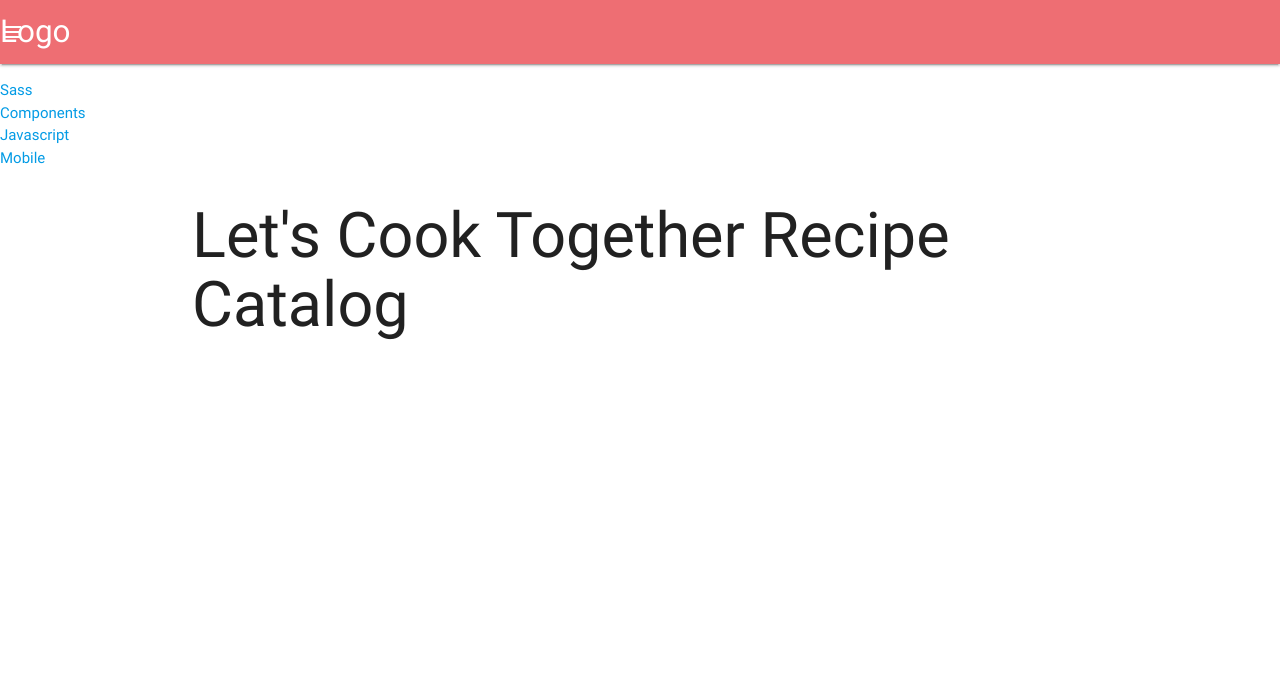
Repository: eldowling/lets-cook-together
Page: http://localhost/get_catalog?course=breakfast
The author's editor kept a record of every edit. The page is drawn from the files as they stood at one moment, then again after the next edit.
The browser window is 1280 px wide. The pictures show the whole page.
Some web libraries are served in a nearby version. The page is served by the project's application, run on Flask 3 (app.py). Queries for data that is not in the repository find no rows.

Above is the page before.
Console error: TypeError: $(...).sidenav is not a function

After the next edit:
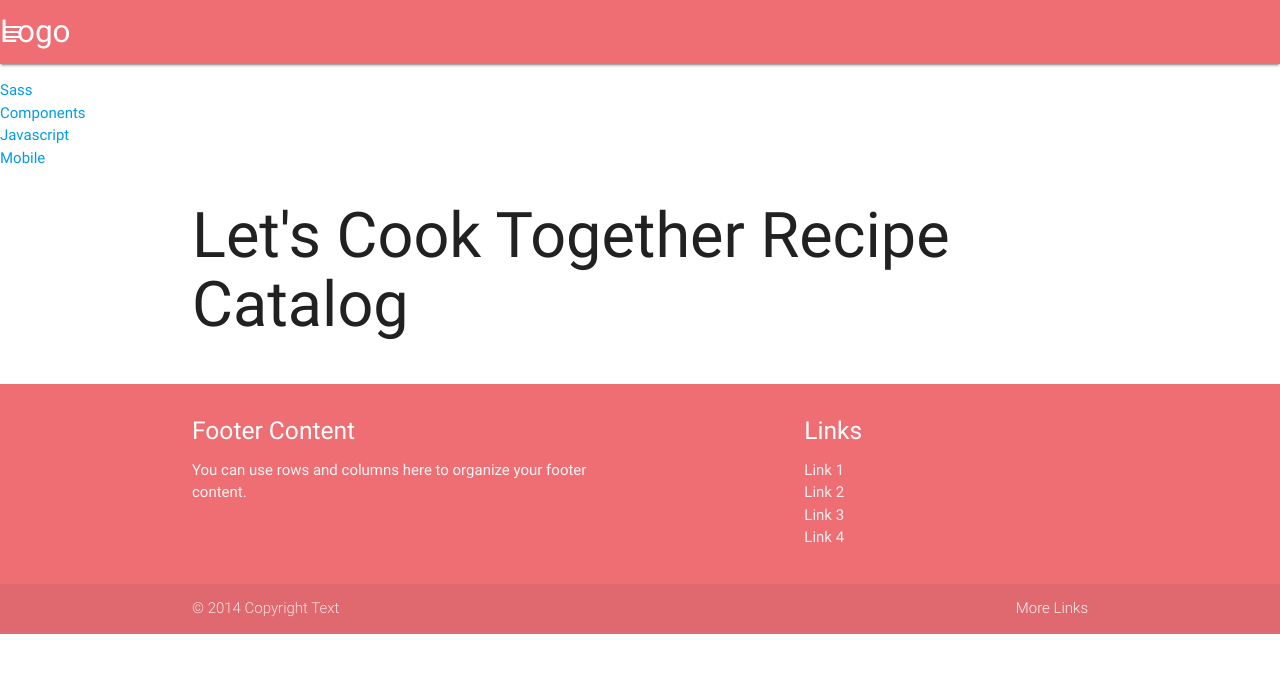
The edit:
--- a/templates/base.html
+++ b/templates/base.html
@@ -34,6 +34,32 @@
         {% block content %} {% endblock %}
     </div>
 
+    <footer class="page-footer">
+        <div class="container">
+            <div class="row">
+                <div class="col l6 s12">
+                <h5 class="white-text">Footer Content</h5>
+                <p class="grey-text text-lighten-4">You can use rows and columns here to organize your footer content.</p>
+                </div>
+                <div class="col l4 offset-l2 s12">
+                <h5 class="white-text">Links</h5>
+                <ul>
+                <li><a class="grey-text text-lighten-3" href="#!">Link 1</a></li>
+                <li><a class="grey-text text-lighten-3" href="#!">Link 2</a></li>
+                <li><a class="grey-text text-lighten-3" href="#!">Link 3</a></li>
+                <li><a class="grey-text text-lighten-3" href="#!">Link 4</a></li>
+                </ul>
+                </div>
+            </div>
+        </div>
+    <div class="footer-copyright">
+    <div class="container">
+    © 2014 Copyright Text
+    <a class="grey-text text-lighten-4 right" href="#!">More Links</a>
+    </div>
+    </div>
+
+    </footer>
 
     <script src="https://cdnjs.cloudflare.com/ajax/libs/jquery/3.2.1/jquery.min.js"></script>
     <script src="https://cdnjs.cloudflare.com/ajax/libs/materialize/0.100.2/js/materialize.min.js"></script>
